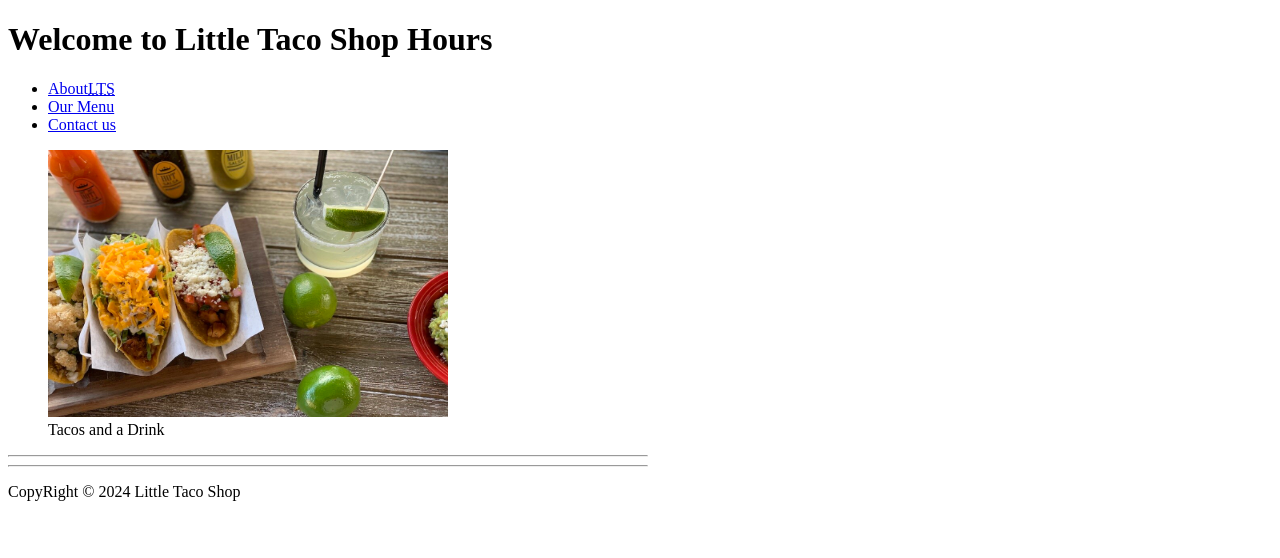
Repository: cavidk/taco_shop-web
Page: html basics/hours.html
These files come from the project's save history. The page is drawn as it stood at one moment and after the next save; the edit follows.
The browser window is 1280 px wide. The pictures show the whole page.

Above is the page before, as saved 2024-06-10 17:04:05.

### html basics/hours.html
<!DOCTYPE html>
<html lang="en">

<head>
   <meta charset="UTF-8">
   <meta name="author" content="Paimon">
   <meta name="description" content="Store hours for Little Taco Shop">
   <title>LTS Hours</title>
   <link rel="icon" href="icons8-star-100.png" type="image">
   <link rel="stylesheet" href="css/style.css">
</head>

<body>
   <header>
      <h1>Welcome to Little Taco Shop Hours</h1>
      <nav>
         <ul>
            <li>
               <a href="/#about">About<abbr title="The Little Taco Shop">LTS</abbr></a>
            </li>
            <li>
               <a href="#menu">Our Menu</a>
            </li>
            <li>
               <a href="contact.html">Contact us</a>
            </li>
         </ul>

            <figure>
               <img width="400" height="267" src="images/image-24.jpeg" alt="This is a Drink with taco"
                  title="We love tacos">

                  <figcaption>
                     Tacos and a Drink
                  </figcaption>
            </figure>
   </header>
     <hr>
     <main>
      <!--Our Content-->


     </main>

     <hr>
   <footer>
      <p>
         CopyRight &copy; 2024 Little Taco Shop
      </p>
   </footer>

</body>

</html>

### html basics/css/style.css

.table td:hover {
   background: yellow;
}

body{
   width: 50%;
}

#expand{
  text-align: center;
}

After the next save:
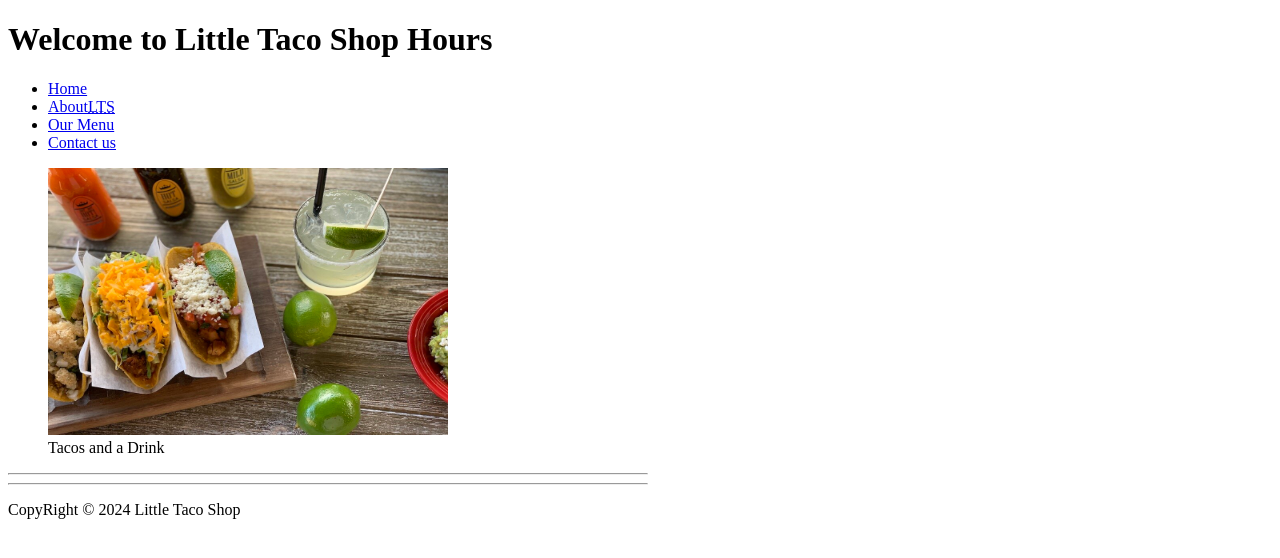
Saved 22 min 34 s later.
--- a/html basics/hours.html
+++ b/html basics/hours.html
@@ -16,6 +16,8 @@
       <nav>
          <ul>
             <li>
+               <a href="/">Home</a>
+            <li>
                <a href="/#about">About<abbr title="The Little Taco Shop">LTS</abbr></a>
             </li>
             <li>
@@ -27,7 +29,7 @@
          </ul>
 
             <figure>
-               <img width="400" height="267" src="images/image-24.jpeg" alt="This is a Drink with taco"
+               <img width="400" height="267" src="images/image-24.jpeg" alt="A Tray of Tasty Tacos"
                   title="We love tacos">
 
                   <figcaption>
